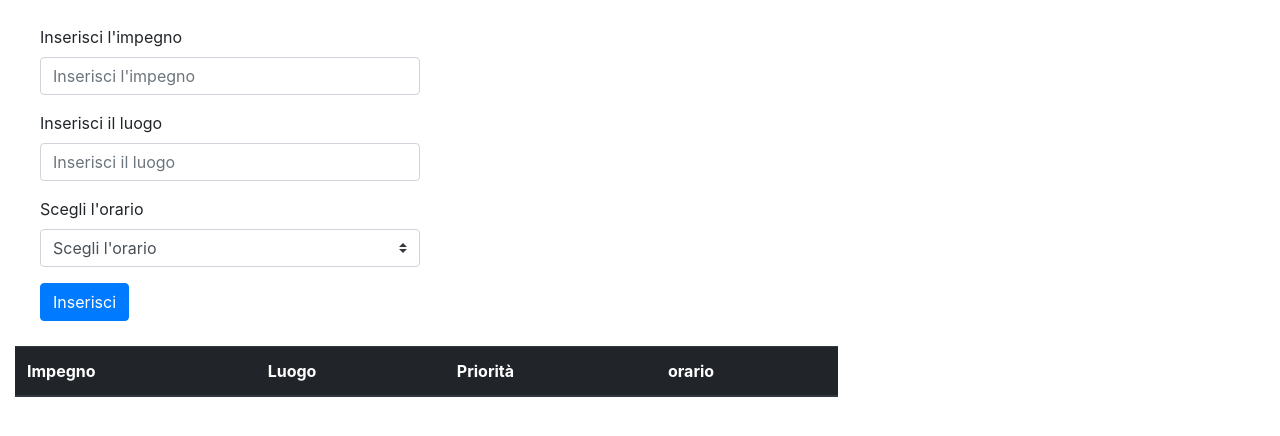
Repository: robertobellardi/eclipse
Page: Agenda/WebContent/index.html
These files come from the project's save history. The page is drawn as it stood at one moment and after the next save; the edit follows.
The browser window is 1280 px wide. The pictures show the whole page.
Some web libraries are served in a nearby version.

Above is the page before, as saved 2020-01-23 12:33:47.

After the next save:
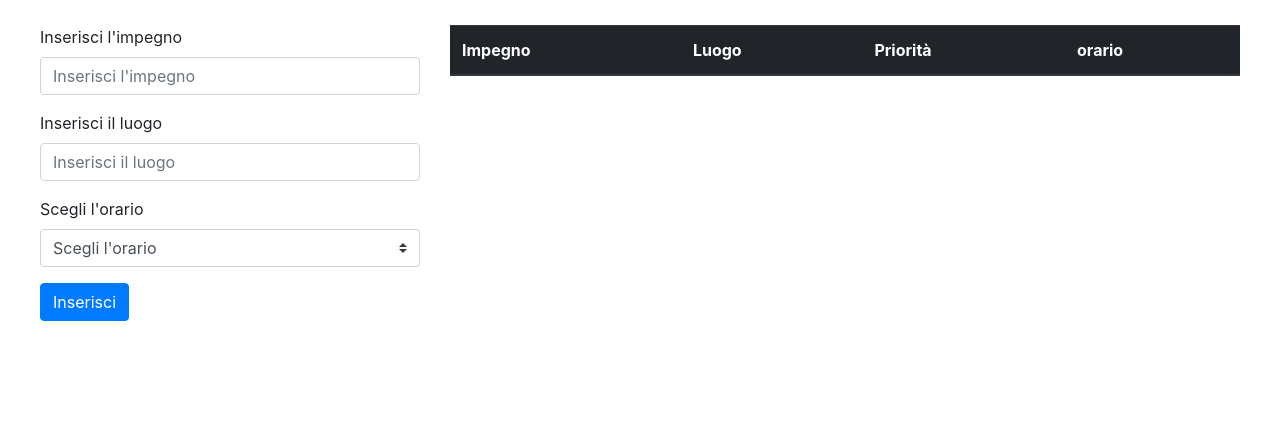
Saved 102 s later.
--- a/Agenda/WebContent/index.html
+++ b/Agenda/WebContent/index.html
@@ -14,55 +14,55 @@
 </head>
 <body>
 
-<div class="row inputAgenda">
-  <div class="col-4">
-  	<form>
-	  <div class="form-group">
-	    <label for="impegno">Inserisci l'impegno</label>
-	    <input type="text" class="form-control" id="impegno" placeholder="Inserisci l'impegno">
-	  </div>
+	<div class="row inputAgenda">
+	  <div class="col-4">
+	  	<form>
+		  <div class="form-group">
+		    <label for="impegno">Inserisci l'impegno</label>
+		    <input type="text" class="form-control" id="impegno" placeholder="Inserisci l'impegno">
+		  </div>
 
-	  <div class="form-group">
-	    <label for="luogo">Inserisci il luogo</label>
-	    <input type="text" class="form-control" id="luogo" placeholder="Inserisci il luogo">
-	  </div>
+		  <div class="form-group">
+		    <label for="luogo">Inserisci il luogo</label>
+		    <input type="text" class="form-control" id="luogo" placeholder="Inserisci il luogo">
+		  </div>
 
-	  <div class="form-group">
-	      <label for="orario">Scegli l'orario</label>
-	      <select class="custom-select" id="orario">
-		    <option selected>Scegli l'orario</option>
-		    <option value="0">8:00 - 9:00</option>
-		    <option value="1">9:00 - 10:00</option>
-		    <option value="2">10:00 - 11:00</option>
-		    <option value="3">11:00 - 12:00</option>
-		    <option value="4">12:00 - 13:00</option>
-		    <option value="5">14:00 - 15:00</option>
-		    <option value="6">15:00 - 16:00</option>
-		    <option value="7">16:00 - 17:00</option>
-		    <option value="8">17:00 - 18:00</option>
-		    <option value="9">18:00 - 19:00</option>
-	  	</select>
-   	</div>
-	  <button id="inserisci" type="button" class="btn btn-primary">Inserisci</button>
-</form>
-</div>
-  </div>
+		  <div class="form-group">
+		      <label for="orario">Scegli l'orario</label>
+		      <select class="custom-select" id="orario">
+			    <option selected>Scegli l'orario</option>
+			    <option value="0">8:00 - 9:00</option>
+			    <option value="1">9:00 - 10:00</option>
+			    <option value="2">10:00 - 11:00</option>
+			    <option value="3">11:00 - 12:00</option>
+			    <option value="4">12:00 - 13:00</option>
+			    <option value="5">14:00 - 15:00</option>
+			    <option value="6">15:00 - 16:00</option>
+			    <option value="7">16:00 - 17:00</option>
+			    <option value="8">17:00 - 18:00</option>
+			    <option value="9">18:00 - 19:00</option>
+		  	</select>
+	   	</div>
+		  <button id="inserisci" type="button" class="btn btn-primary">Inserisci</button>
+	</form>
+	</div>
 
-<div class="col-8">
-	<table class="table table-striped table-dark">
-  <thead>
-    <tr>
-      <th scope="col">Impegno</th>
-      <th scope="col">Luogo</th>
-      <th scope="col">Priorità</th>
-      <th scope="col">orario</th>
-    </tr>
-  </thead>
-  <tbody id="tablebody">
 
-  </tbody>
-</table>
-</div>
+	<div class="col-8">
+		<table class="table table-striped table-dark">
+	  		<thead>
+		    	<tr>
+			      <th scope="col">Impegno</th>
+			      <th scope="col">Luogo</th>
+			      <th scope="col">Priorità</th>
+			      <th scope="col">orario</th>
+		    	</tr>
+	  		</thead>
+	  		<tbody id="tablebody">
+
+	  		</tbody>
+		</table>
+	</div>
 </div>
 
 </body>
